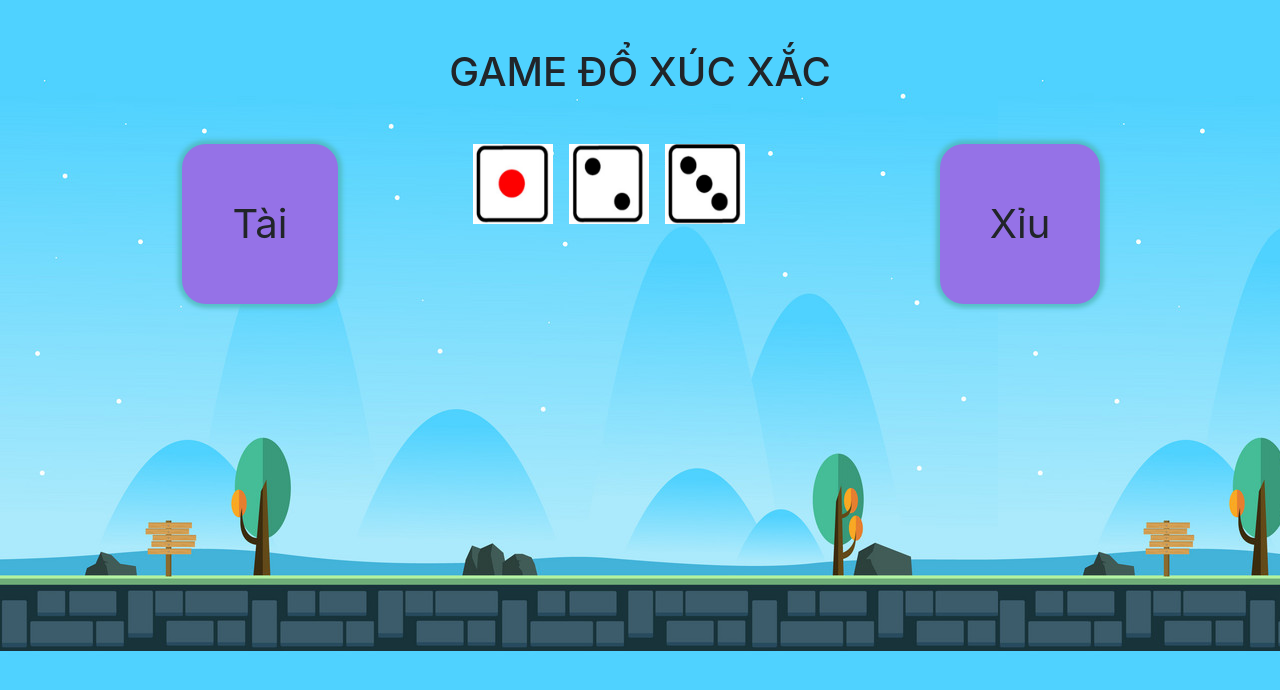
Repository: dovanthao2404/game-xuc-sac
Page: /
An editor plug-in stored every save of this project. The page is shown before and after the next save, followed by the edit.
The browser window is 1280 px wide. The pictures show the whole page.
The project was rebuilt for these pictures with package versions that can differ from the ones it lists, and the page was loaded fresh each time.

Above is the page before, as saved 2021-09-11 13:11:16.

After the next save:
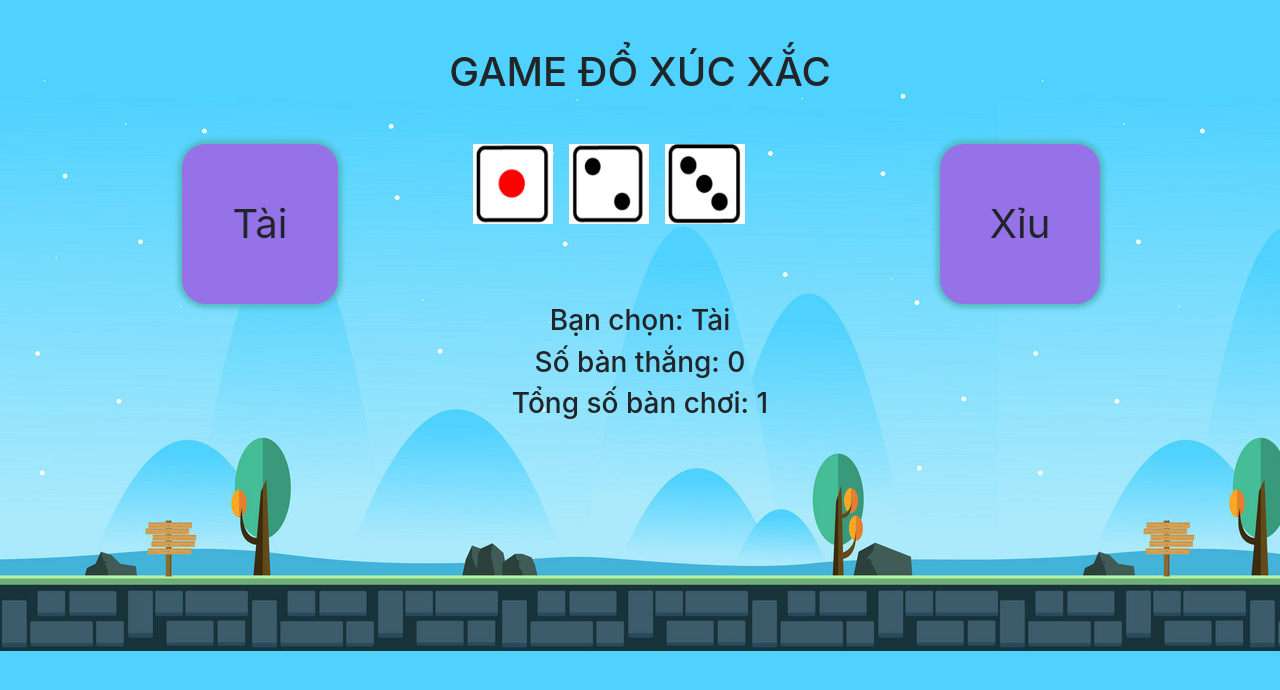
Saved 36 s later.
--- a/src/App.js
+++ b/src/App.js
@@ -30,7 +30,9 @@ function App() {
         </div>
 
         <div className="result text-center">
-          <h3></h3>
+          <h3>Bạn chọn: Tài</h3>
+          <h3>Số bàn thắng: 0</h3>
+          <h3>Tổng số bàn chơi: 1</h3>
         </div>
       </div>
     </div>
